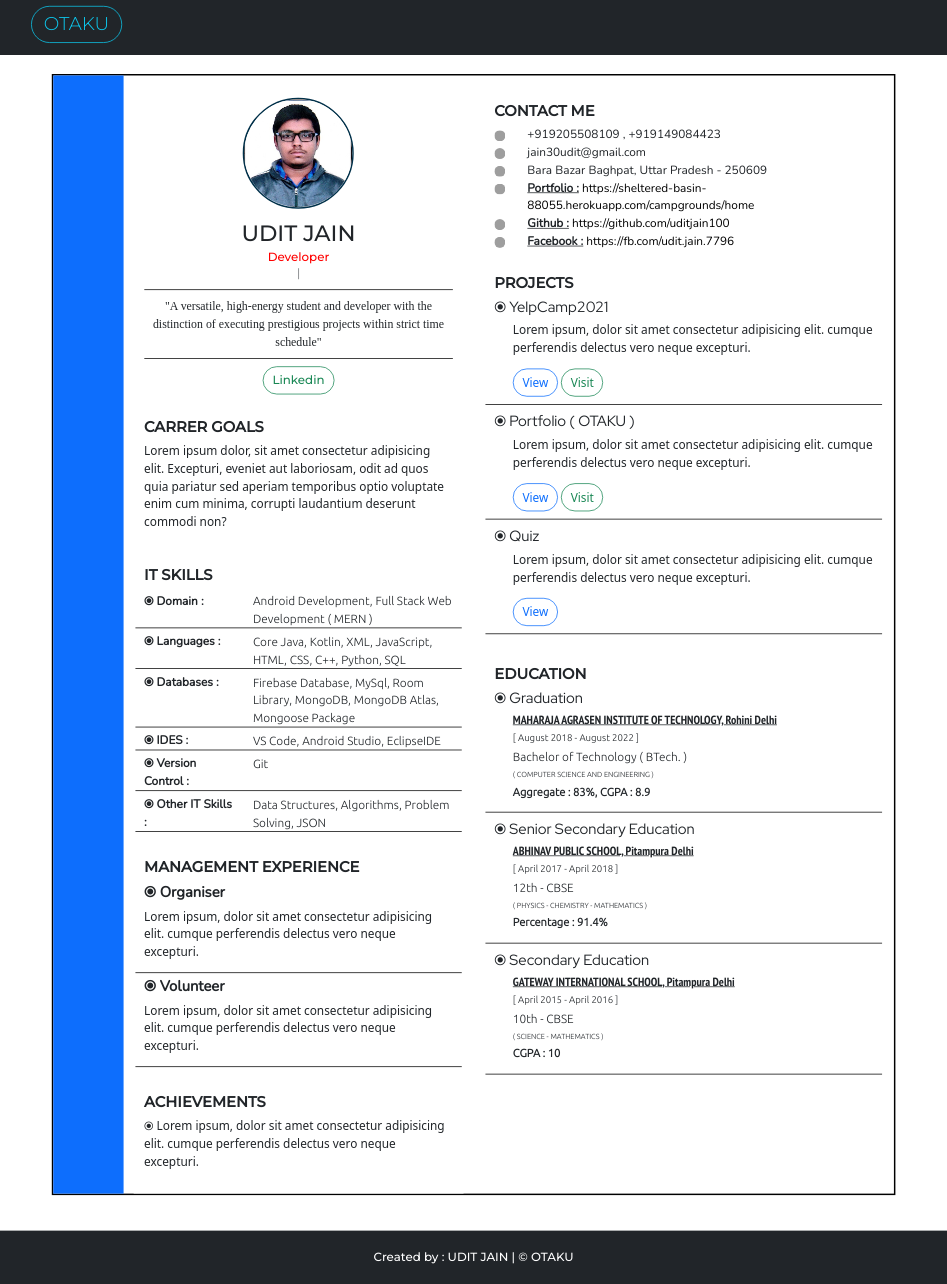
Repository: uditjain100/Responsive-Resume
Page: layouts/index.html
The author's editor kept a copy of each file at every save. The page is drawn from the files as they stood at one save, then again after the next save.
The browser window is 1280 px wide. The pictures show the whole page, at 74% of full size.
Pictures or frames that could not be fetched are drawn as grey boxes. Some web fonts or font styles are not loaded; a fallback is used. Some web libraries are served in a nearby version.

Above is the page before, as saved 2021-03-01 19:12:07.

After the next save:
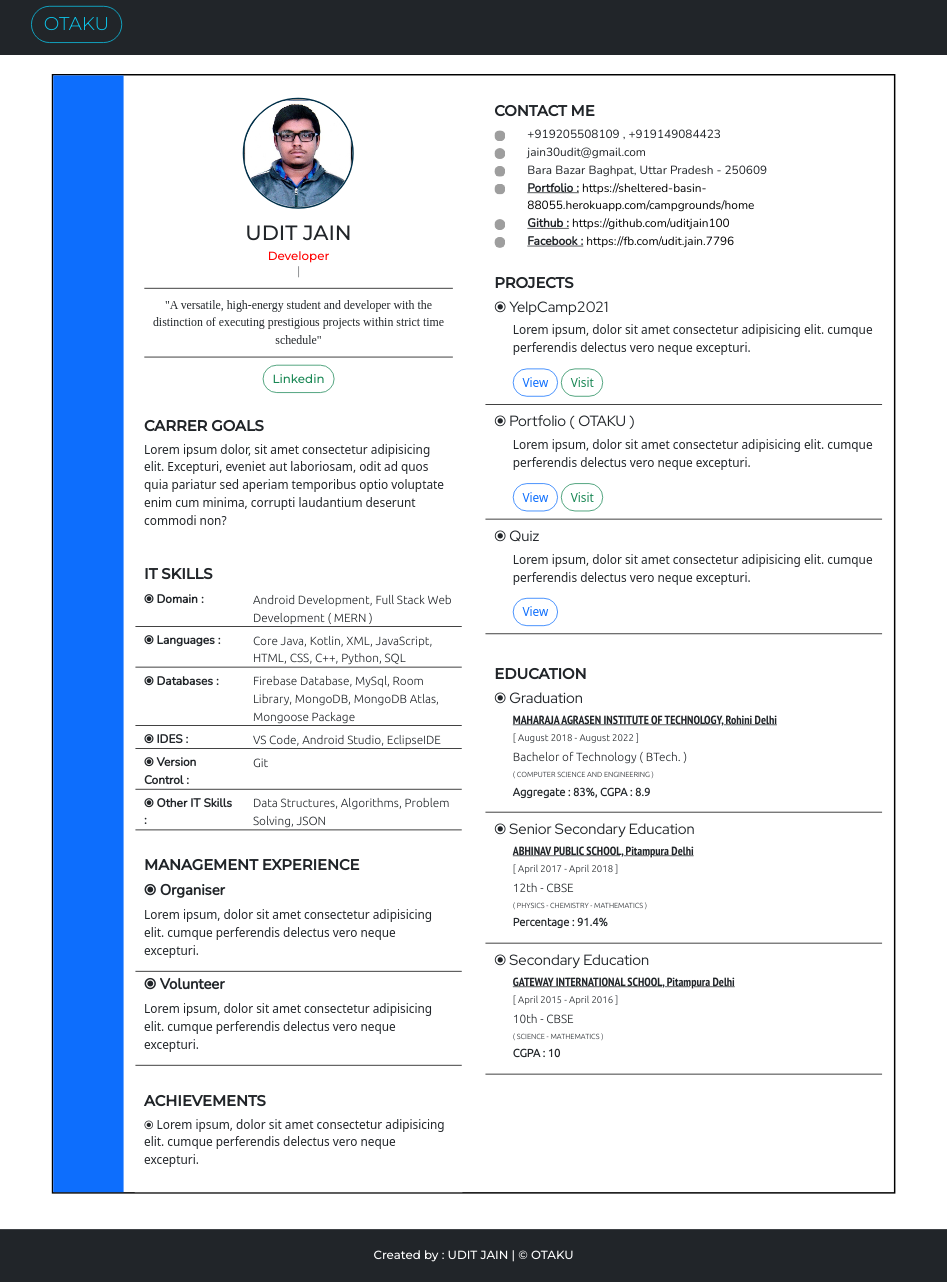
Saved 48 s later.
--- a/layouts/index.html
+++ b/layouts/index.html
@@ -77,7 +77,7 @@
               alt="..."
             />
             <div class="card-body">
-              <h3 class="card-title" style="font-size: 30px; font-weight: 400">
+              <h3 class="card-title" style="font-size: 28px; font-weight: 400">
                 UDIT JAIN
               </h3>
               <h6 class="card-subtitle">DEVELOPER</h6>
